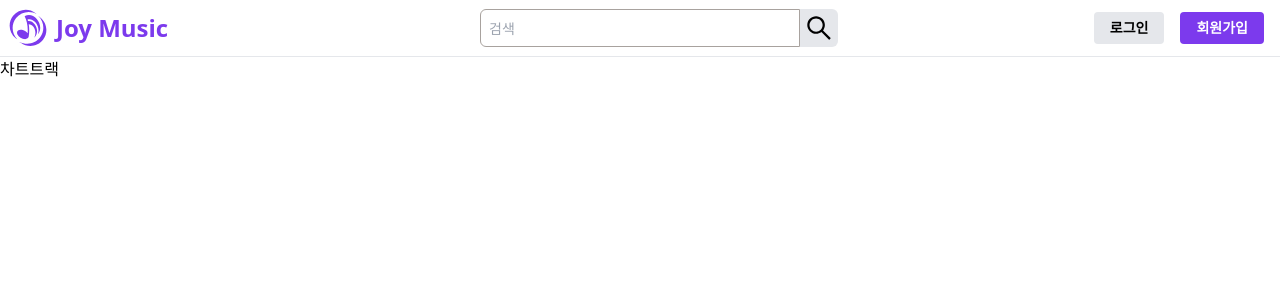
Repository: momo0170/streaming
Page: /
An editor plug-in stored every save of this project. The page is shown before and after the next save, followed by the edit.
The browser window is 1280 px wide. The pictures show the whole page.
The project was rebuilt for these pictures with package versions that can differ from the ones it lists, and the page was loaded fresh each time. Also part of the build but not shown: src/App.css, src/router/ChartTrack.jsx.

Above is the page before, as saved 2023-09-22 16:07:15.

### src/index.js
import React from 'react';
import ReactDOM from 'react-dom/client';
import './index.css';
import App from './App';
import { RouterProvider, createBrowserRouter } from 'react-router-dom';
import Home from './router/Home';
import ChartTrack from './router/ChartTrack';

const router = createBrowserRouter([
  {
    path: '/',
    element: <App />,
    children: [
      {
        index: true,
        element: <Home />,
      },
      {
        path: 'chartTrack',
        element: <ChartTrack />,
      },
    ],
  },
]);
const root = ReactDOM.createRoot(document.getElementById('root'));
root.render(
  <RouterProvider router={router}>
    <App />
  </RouterProvider>
);

### src/index.css
/* index.css 📂 */

@tailwind base;
@tailwind components;
@tailwind utilities;

### src/App.js
import { Outlet } from 'react-router-dom';
import './App.css';
import Header from './components/Header';

function App() {
  return (
    <>
      <Header />
      <Outlet />
    </>
  );
}

export default App;

### src/router/Home.jsx
import React from 'react';
import MenuBar from '../components/MenuBar';
import { Outlet } from 'react-router';

export default function Home() {
  return (
    <div>
      <MenuBar />
      <Outlet />
    </div>
  );
}

### src/components/Header.jsx
import React from 'react';
import { GiMusicSpell } from 'react-icons/gi';
import { AiOutlineSearch } from 'react-icons/ai';
import { Link } from 'react-router-dom';

export default function Header() {
  const handleSubmit = (e) => {
    e.preventDefault();
  };
  return (
    <header className="flex justify-between p-2 border-b h-13 items-center">
      <Link to="/" className="flex items-center">
        <GiMusicSpell
          size="40"
          color="#7c3aed"
          className="hover:animate-spin"
        />
        <div className="text-violet-600 text-2xl ml-2 font-bold">Joy Music</div>
      </Link>
      <form className="flex transform translate-x-8" onSubmit={handleSubmit}>
        <input
          type="text"
          placeholder="검색"
          className="rounded-l-md border border-stone-400 p-1 px-2 focus:shadow-inner2 outline-none focus:border-violet-600 placeholder:text-sm hover:shadow-hoverInput hover:border-hoverInput w-80"
        />
        <button className="bg-gray-200 p-1 rounded-r-md box-border hover:bg-gray-300">
          <AiOutlineSearch size="30" />
        </button>
      </form>
      <div className="flex">
        <button className="bg-gray-200 mx-2 px-4 py-1.5 rounded text-sm font-semibold hover:bg-gray-300">
          로그인
        </button>
        <button className="bg-violet-600 text-white mx-2 px-4 py-1.5 rounded text-sm font-semibold hover:bg-violet-700">
          회원가입
        </button>
      </div>
    </header>
  );
}

### src/components/MenuBar.jsx
import React from 'react';
import { Link } from 'react-router-dom';

export default function MenuBar() {
  return (
    <>
      <Link to="/chartTrack">차트트랙</Link>
    </>
  );
}

### tailwind.config.js
/** @type {import('tailwindcss').Config} */
module.exports = {
  content: ['./src/**/*.{js,jsx,ts,tsx}'],
  theme: {
    extend: {
      borderWidth: {
        1.5: '1.5px',
      },
      boxShadow: {
        inner2: '0 0 0 1.5px #7c3aed inset',
        hoverInput: '0 0 0 1px #ABABAB inset',
      },
      borderColor: {
        hoverInput: '#ABABAB',
      },
    },
  },
  plugins: [],
};

Loaded but not shown: public/index.html (common file)

After the next save:
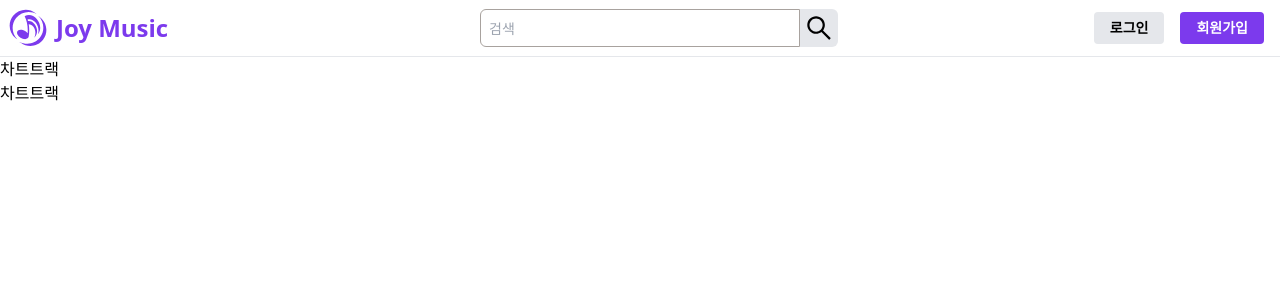
Saved 118 s later.
--- a/src/App.js
+++ b/src/App.js
@@ -1,11 +1,13 @@
 import { Outlet } from 'react-router-dom';
 import './App.css';
 import Header from './components/Header';
+import MenuBar from './components/MenuBar';
 
 function App() {
   return (
     <>
       <Header />
+      <MenuBar />
       <Outlet />
     </>
   );
